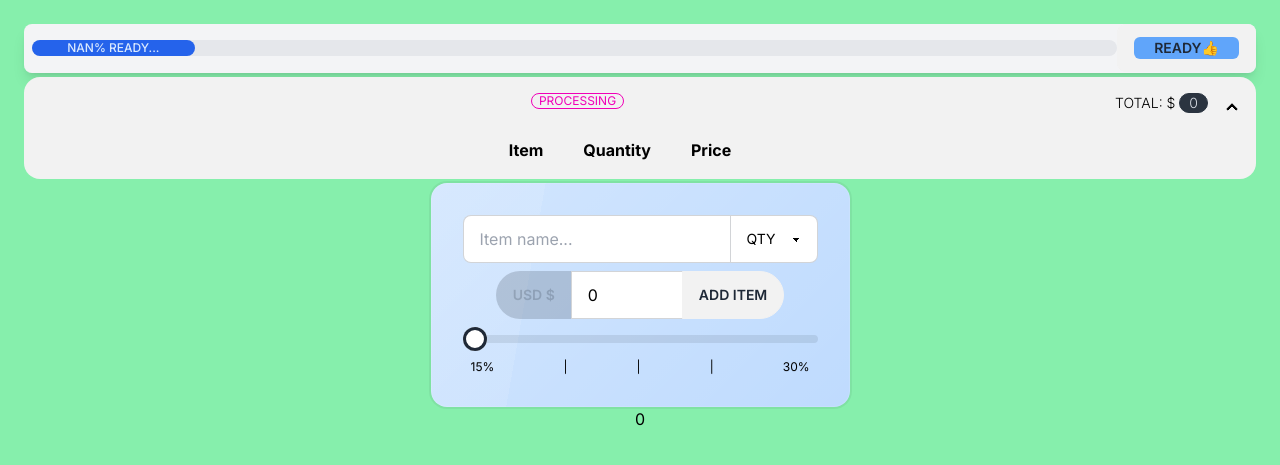
Repository: bitepay/bitepay-xyz
Page: /table
The author's editor kept a copy of each file at every save. The page is drawn from the files as they stood at one save, then again after the next save.
The browser window is 1280 px wide. The pictures show the whole page.
The page's requests for data from a server got no answer. The project was rebuilt for these pictures with package versions that can differ from the ones it lists, and the page was loaded fresh each time. The framework's server and built-in components were replaced by stand-ins that run in the browser. No one was signed in, and anything a server would have sent is missing. Also part of the build but not shown: next.config.js.

Above is the page before, as saved 2023-06-27 22:49:48.

### src/pages/_app.js
import '@/styles/globals.css';
import { UserSocketProvider } from '@/context/UserSocketContext';

export default function App({ Component, pageProps }) {
  return (
    <UserSocketProvider>
      <Component {...pageProps} />
    </UserSocketProvider>
  )
}

### src/pages/table.js

// import Image from 'next/image'
import Head from "next/head"
// import Link from "next/link"
import { Inter } from 'next/font/google'

import { useUserSocketContext } from '@/context/UserSocketContext'

import { AddItemInput } from '@/components/AddItemInput'
import { ProgressBar } from '@/components/ProgressBar'
import { UserBill } from '@/components/UserBill'
import { MembersBill } from '@/components/MembersBill'

const inter = Inter({ subsets: ['latin'] })

export default function Table() {

  const { socket, user, tableMembers, setUser } = useUserSocketContext();

  if (user.tableID !== 0) {
    socket.emit('joinTable', user)
  }

  const handleUserDelete = (user, payload) => {
    socket.emit('userDeleteItem', {user, payload})
  };

  const handleUserUpdate = (user, payload) => {
    socket.emit('userUpdate', {user, payload})
  };

  const userUpdateStatus = (user) => {
    if (user.status === 'PROCESSING') {
      socket.emit('userUpdateStatus', { ...user, status: 'READY' })
    } else {
      socket.emit('userUpdateStatus', { ...user, status: 'PROCESSING' })
    }
  }

  return (
    <>
      <Head>
        <title>BitePay - Table</title>
        <meta name="description" content="The fastest and easiest way to divvy up the dining bill between your friends."></meta>
      </Head>

      <main className={`flex min-h-screen flex-col items-center p-6 ${inter.className} bg-green-300`} >

        <ProgressBar user={user} tableMembers={tableMembers} userUpdateStatus={userUpdateStatus} />
        <UserBill user={user} handleUserDelete={handleUserDelete} />
        <AddItemInput user={user} handleUserUpdate={handleUserUpdate} setUser={setUser} />
        <MembersBill tableMembers={tableMembers} userId={user.id}/>

      </main>
    </>
  )
}

### src/context/UserSocketContext.js
'use client';
import React, { createContext, useEffect, useState, useContext } from 'react'
import { io } from 'socket.io-client'


// Create a new context
const UserSocketContext = createContext({});

// Custom context provider component
export const UserSocketProvider = ({ children }) => {

  const [socket, setSocket] = useState(null);

  const [user, setUser] = useState({
    id: '',
    username: '',
    tableID: 0,
    myItems: [],
    tip: 15,
    total: 0,
    status: 'PROCESSING',
  });

  const [tableMembers, setTableMembers] = useState([]);

  // Establish the Socket.IO connection when the component mounts
  useEffect(() => {

    const socket = io('https://bitepay.xyz');
    setSocket(socket);

    socket.on('connect', () => {
      console.log('Successfully connected to the ws server!')
    })

    // set user id to the websocket id
    socket.on('setId', (data) => setUser((prevUser) => {
      prevUser.id = data
      return prevUser;
    }));

    // listen to events from ws server regarding members of the table
    socket.on('tableMembers', (data) => setTableMembers((prevTableMembers) => { return [...data.slice()] }));

    // listen to events from ws server regarding updates to tableMembers
    socket.on('tableMemberUpdate', (data) => {

      if (data.id === user.id) {
        setUser((prevUser) => {
          prevUser.myItems = data.myItems;
          prevUser.tip = data.tip;
          prevUser.total = data.total;
          prevUser.status = data.status;
          return prevUser;
        })
      }

      setTableMembers((prevTableMembers) => {
        return prevTableMembers.map((member) => {
          if (member.id === data.id) {
            member.myItems = data.myItems
            member.tip = data.tip
            member.total = data.total
            member.status = data.status
            return member
          } else {
            return member
          }
        })
      })
    });

    // listen to events from ws server regarding members leaving the table
    socket.on('userLeft', (data) => {
      setTableMembers((prevTableMembers) => {
        return prevTableMembers.filter((member) => {
          return member.id !== data.id
        })
      })
    });

    socket.on('disconnect', () => {
      console.log('Disconnected from the ws server!');
    });

    // Clean up the socket connection when the component unmounts
    return () => {
      socket.off('connect');
      socket.off('setId');
      socket.off('tableMembers');
      socket.off('tableMemberUpdate');
      socket.off('userLeft');
      socket.disconnect();
    };
  }, [user.id]);

  // Provide the socket object to the child components
  return (
    <UserSocketContext.Provider value={{socket, user, setUser, tableMembers, setTableMembers}}>
      {children}
    </UserSocketContext.Provider>
  );
};

// Export the SocketContext
export default UserSocketContext;

// Export a custom hook that can be used to consume this context
export const useUserSocketContext = () => useContext(UserSocketContext);

### src/components/AddItemInput.jsx
import { useState } from 'react';

export const AddItemInput = ({ handleUserUpdate, user, setUser }) => {
	const [itemName, setItemName] = useState('');
	const [itemPrice, setItemPrice] = useState(0);
	const [itemQuantity, setItemQuantity] = useState(0);

	const handleClick = (e) => {
			e.preventDefault();
			if (itemQuantity === 0) {
					alert("Don't forget to add quantity!");
			}
			else if (itemPrice <= 0) {
					alert("Please don't forget to add your item's price!");
			}
			else if (itemName != "" && itemPrice > 0 && itemQuantity > 0) {
					const itemID = Math.ceil(Math.random()*1000000000);
					const payload = {itemID, itemName, itemPrice, itemQuantity};
					handleUserUpdate(user, payload);
					setItemName('');
					setItemPrice(0);
			} else {
					alert("Please fill out all fields");
			}
	}

	const handleTipChange = (e) => {
		setUser((prevUser) => {
			prevUser.tip = parseInt(e.target.value)
		})
	}

	return (
		<>
			<div className="card glass bg-blue-200">
				<div className="card-body">
					<div className="join mx-auto">

						<input className="input input-bordered join-item max-w-34" placeholder="Item name..." value={itemName} onChange={(e) => {setItemName(e.target.value)}}/>

						<select className="select select-bordered join-item" value={itemQuantity} onChange={(e) => setItemQuantity(e.target.value)}>
							<option disabled value={0}>QTY</option>
							<option value={1/4}>
									1/4
							</option>
							<option value={1/3}>
									1/3
							</option>
							<option value={1/2}>
									1/2
							</option>
							<option value={1}>
									1
							</option>
							<option value={2}>
									2
							</option>
							<option value={3}>
									3
							</option>
							<option value={4}>
									4
							</option>
						</select>

					</div>
					<div className="mx-auto">
						<div className="join">
							<button className="btn join-item rounded-l-full" disabled="true">USD $</button>
							<input className="input input-bordered join-item w-28" placeholder="Price" type="number" value={itemPrice} onChange={(e) => {setItemPrice(e.target.value)}}/>
							<button className="btn join-item rounded-r-full" disabled={user.status === 'READY'} onClick={(e) => handleClick(e)}>ADD ITEM</button>
						</div>
					</div>
						<input type="range" min="15" max="30" value={user.tip} class="range" step="1" onChange={(e) => handleTipChange(e)} />
						<div class="w-full flex justify-between text-xs px-2">
							<span>15%</span>
							<span>|</span>
							<span>|</span>
							<span>|</span>
							<span>30%</span>
						</div>
				</div>
			</div>
		</>
	)
};

### src/components/ProgressBar.jsx
import { useState, useEffect } from 'react';

export const ProgressBar = ({ tableMembers, user, userUpdateStatus }) => {

  const [progress, setProgress] = useState(0);

  useEffect(() => {
    const completed = tableMembers.filter((member) => member.status === 'READY');
    const progress = Math.round(100 * ((completed.length / tableMembers.length) * 100)) / 100;
    setProgress(progress);

    console.log(`Re-render triggered from tableMember update in ProgressBar. Progress is now ${progress}%`)
  }, [tableMembers])

  const progressBar = (progress) => {
    if (progress === 100) {
      return (
          <div className="w-full bg-gray-200 rounded-full dark:bg-gray-700">
            <div className="bg-green-600 text-xs font-medium text-green-100 text-center p-0.5 leading-none rounded-full" style={{width: `${progress}%`}}> {progress}% COMPLETE! </div>
          </div>
      )
    } else {
      return (
        <div className="w-full bg-gray-200 rounded-full dark:bg-gray-700">
            <div className="bg-blue-600 text-xs font-medium text-blue-100 text-center p-0.5 leading-none rounded-full" style={{width: `${progress < 15 ? 15 : progress}%`}}> {progress}% READY... </div>
          </div>
      )
    }
  }

  const handleChange = () => {
    userUpdateStatus(user)
  }

  const toggleStatusButton = (status) => {
    return (
      <label className="btn swap swap-rotate">

        {/* this hidden checkbox controls the state */}
        <input type="checkbox" onChange={() => handleChange()} checked={user.status === 'READY'}/>

        {/* ready icon */}

        <div class="swap-on bg-red-400 p-1 rounded-md">Make changes</div>
        <div class="swap-off bg-blue-400 p-1 rounded-md">Ready👍</div>

        {/* not ready icon */}


      </label>
    )

  }



  return (

      <div className="w-full flex items-center justify-between mb-.5 mx-auto pl-2 overflow-hidden rounded-lg shadow-lg bg-gray-100 uppercase border-b border-gray-100">
          {progressBar(progress)}
        <div id="final-bill-button">
          {toggleStatusButton(user.status)}
        </div>
      </div>

  )
}

### src/components/UserBill.jsx
export const UserBill = ({ user, handleUserDelete }) => {

  const UserItem = (item) => {
    const { itemID, itemName, itemPrice, itemQuantity } = item

    return (
      <tr key={`user-item-${itemID}`}>
				<td className="px-5">{itemName}</td>
				<td className="px-5">{itemQuantity}</td>
				<td className="px-5">{itemPrice}</td>
				{/* This is where we need to add the delete button for User delete feature */}
				<td className="px-5"><button className="btn btn-outline btn-error" onClick={() => handleUserDelete(user, item)} disabled={user.status === 'READY'}>DELETE</button></td>
			</tr>
    )
  }

  return (
    <div className="collapse collapse-arrow bg-base-200 m-1">
      <input type="radio" name="my-accordion-2" defaultChecked="true"/>
      <div className="collapse-title">
        {/* This is where we need to render name, status, and total */}
        <div className="flex justify-between">
          <div className="font-medium">
            {user.username}
          </div>
          <div className={`badge badge-sm text-xs ${user.status === 'READY' ? 'badge-accent' : 'badge-secondary badge-outline'}`}>
            {user.status === 'READY' ? 'READY' : 'PROCESSING'}
          </div>
          <div className="text-sm font-light">
            TOTAL{': $ '}
            <div className={`badge ${user.status === 'READY' ? 'badge-primary' : 'badge-neutral'}`}>
              {user.total}
            </div>
          </div>

        </div>
      </div>
      <div className="collapse-content">
        {/* This is where I need to map through user items */}
        <table className="table-auto mx-auto">
          <thead>
            <tr>
              <th className="px-5">Item</th>
              <th className="px-5">Quantity</th>
              <th className="px-5">Price</th>
              <th className="px-5"></th>
            </tr>
          </thead>
          <tbody>
            {user.myItems.map((item) => UserItem(item))}
          </tbody>
          </table>
      </div>
    </div>
  )
}

### src/components/MembersBill.jsx
export const MembersBill = ({ tableMembers, userId }) => {

  const MemberItem = (item) => {
    const { itemID, itemName, itemPrice, itemQuantity } = item

    return (
      <tr key={`member-item-${itemID}`}>
        <td className="px-5">{itemName}</td>
        <td className="px-5">{itemQuantity}</td>
        <td className="px-5">{itemPrice}</td>
        <td className="px-5">{' '}</td>
      </tr>
    )
  }

  return (
    <>
      {tableMembers.length && tableMembers.map((member) => {
        if (member.id !== userId) {
          return (
            <div key={`${member.id}-list-items`} className="collapse collapse-arrow bg-base-200 m-1">
              <input type="radio" name="my-accordion-2"/>
              <div className="collapse-title text-xl font-medium">
                {/* This is where we need to render name, status, and total */}
                {member.username}
              </div>
              <div className="collapse-content">
              <table className="table-auto mx-auto">
                <thead>
                  <tr>
                    <th className="px-5">Item</th>
                    <th className="px-5">Quantity</th>
                    <th className="px-5">Price</th>
                    <th className="px-5"></th>
                  </tr>
                </thead>
                <tbody>
                  {member.myItems?.length ? member.myItems.map((item) => MemberItem(item)) : <tr key="user-no-items"><td>No items yet</td></tr>}
                </tbody>
                </table>
              </div>
            </div>
          )
        }
      })}
    </>
  )
};

### tailwind.config.js
/** @type {import('tailwindcss').Config} */
module.exports = {
  content: [
    './src/pages/**/*.{js,ts,jsx,tsx,mdx}',
    './src/components/**/*.{js,ts,jsx,tsx,mdx}',
    './src/app/**/*.{js,ts,jsx,tsx,mdx}',
  ],
  theme: {
    extend: {
      backgroundImage: {
        'gradient-radial': 'radial-gradient(var(--tw-gradient-stops))',
        'gradient-conic':
          'conic-gradient(from 180deg at 50% 50%, var(--tw-gradient-stops))',
      },
    },
  },
  daisyui: {
    themes: [
      "light",
      "dark"
    ],
  },
  plugins: [require("daisyui")],
}

Loaded but not shown: src/pages/_document.js (common file); src/styles/globals.css (common file)

After the next save:
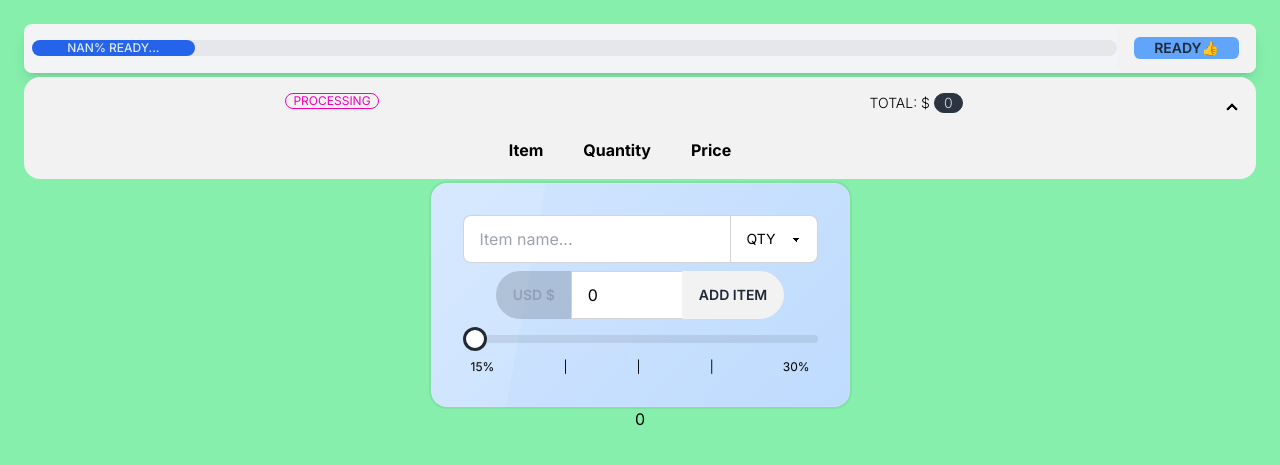
Saved 20 s later.
--- a/src/components/UserBill.jsx
+++ b/src/components/UserBill.jsx
@@ -19,14 +19,16 @@ export const UserBill = ({ user, handleUserDelete }) => {
       <input type="radio" name="my-accordion-2" defaultChecked="true"/>
       <div className="collapse-title">
         {/* This is where we need to render name, status, and total */}
-        <div className="flex justify-between">
-          <div className="font-medium">
-            {user.username}
+        <div className="flex justify-around">
+          <div className="flex flex-col">
+            <div className="text-lg font-medium">
+              {user.username}
+            </div>
+            <div className={`badge badge-sm text-xs ${user.status === 'READY' ? 'badge-accent' : 'badge-secondary badge-outline'}`}>
+              {user.status === 'READY' ? 'READY' : 'PROCESSING'}
+            </div>
           </div>
-          <div className={`badge badge-sm text-xs ${user.status === 'READY' ? 'badge-accent' : 'badge-secondary badge-outline'}`}>
-            {user.status === 'READY' ? 'READY' : 'PROCESSING'}
-          </div>
-          <div className="text-sm font-light">
+          <div className="text-sm font-light my-auto">
             TOTAL{': $ '}
             <div className={`badge ${user.status === 'READY' ? 'badge-primary' : 'badge-neutral'}`}>
               {user.total}
@@ -49,7 +51,7 @@ export const UserBill = ({ user, handleUserDelete }) => {
           <tbody>
             {user.myItems.map((item) => UserItem(item))}
           </tbody>
-          </table>
+        </table>
       </div>
     </div>
   )
